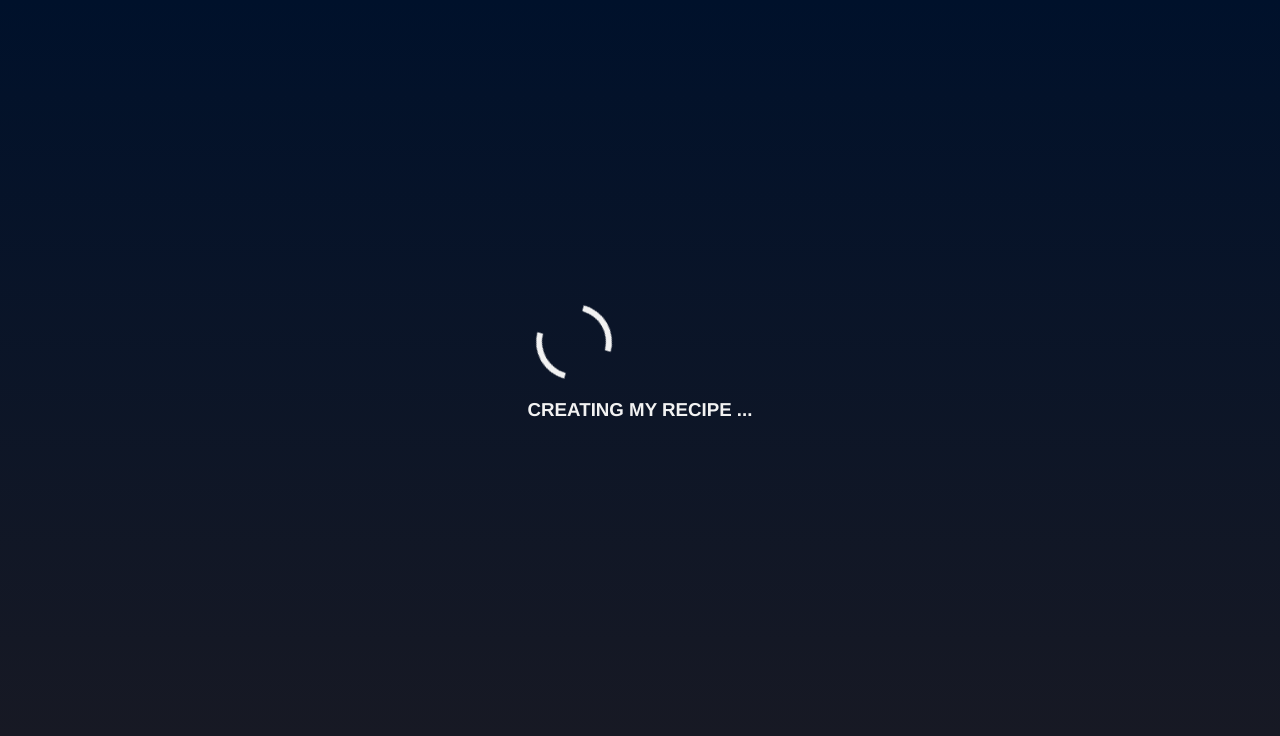
Repository: aitoraznar/eko-loading-page
Page: index.html
An editor plug-in stored every save of this project. The page is shown before and after the next save, followed by the edit.
The browser window is 1280 px wide. The pictures show the whole page.

Above is the page before, as saved 2019-08-09 14:52:24.

### index.html
<!DOCTYPE html>
<html lang="en">
  <head>
    <meta charset="utf-8" />
    <meta
      name="viewport"
      content="width=device-width, initial-scale=1.0, user-scalable=no"
    />
    <meta name="format-detection" content="telephone=no" />

    <style>
      body {
        background-image: linear-gradient(#00112B 0%, #171924 100%);
        font-family: Helvetica, Arial, sans-serif;
      }

      .container {
        display: flex;
        align-items: center;
        justify-content: center;
        flex-direction: column;
        height: 100vh;
      }

      .loading-container .spinner {
        margin: auto;
      }

      .loading-text {
          color: #f2f2f2;
      }

      .lds-dual-ring {
        display: inline-block;
        width: 80px;
        height: 80px;
        margin: auto;
      }
      .lds-dual-ring:after {
        content: " ";
        display: block;
        width: 64px;
        height: 64px;
        margin: 8px;
        border-radius: 50%;
        border: 6px solid #f2f2f2;
        border-color: #f2f2f2 transparent #f2f2f2 transparent;
        animation: lds-dual-ring 1.2s linear infinite;
      }
      @keyframes lds-dual-ring {
        0% {
          transform: rotate(0deg);
        }
        100% {
          transform: rotate(360deg);
        }
      }
    </style>
  </head>
  <body>
    <div class="container">
      <div class="loading-container">
        <div class="spinner lds-dual-ring"></div>
        <div class="loading-text center text-center">
          <h3>CREATING MY RECIPE ...</h3>
        </div>
      </div>
    </div>
  </body>
</html>

After the next save:
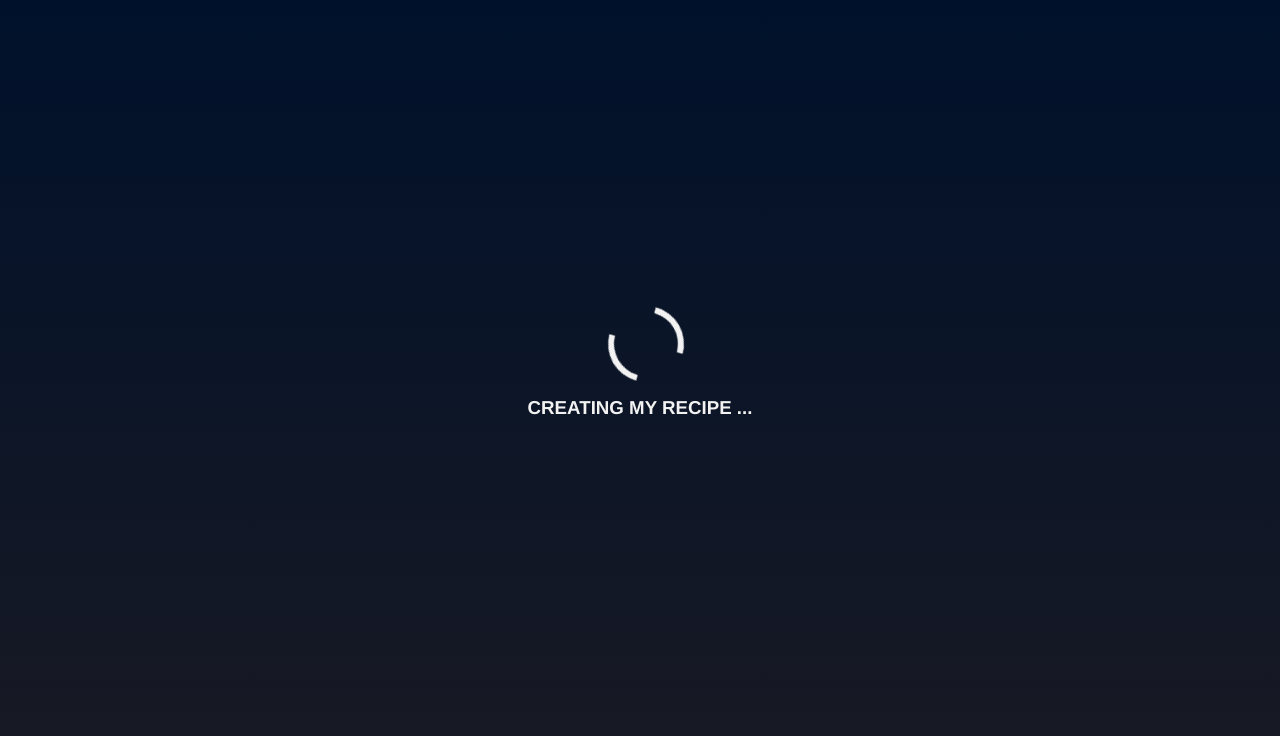
Saved 72 s later.
--- a/index.html
+++ b/index.html
@@ -10,7 +10,7 @@
 
     <style>
       body {
-        background-image: linear-gradient(#00112B 0%, #171924 100%);
+        background-image: linear-gradient(#00112b 0%, #171924 100%);
         font-family: Helvetica, Arial, sans-serif;
       }
 
@@ -22,12 +22,18 @@
         height: 100vh;
       }
 
+      .loading-container {
+        display: flex;
+        align-items: center;
+        flex-direction: column;
+      }
+
       .loading-container .spinner {
         margin: auto;
       }
 
       .loading-text {
-          color: #f2f2f2;
+        color: #f2f2f2;
       }
 
       .lds-dual-ring {
